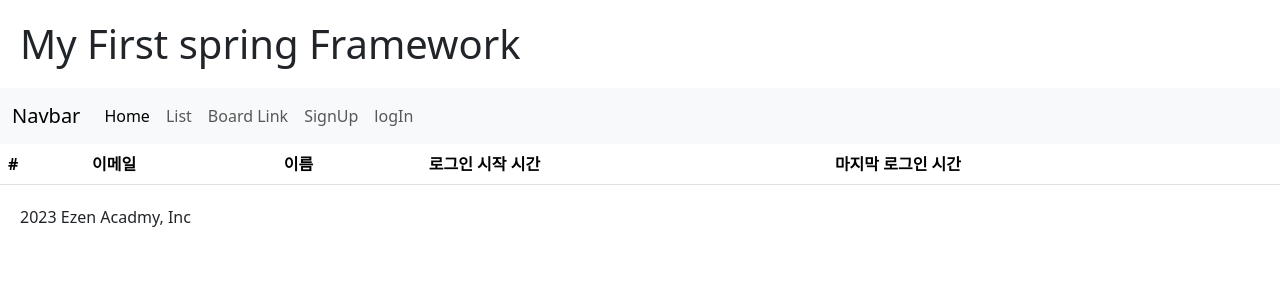
Repository: fbsrb458/link
Page: http://localhost/springProject/WEB-INF/views/member/list.jsp
The author's editor kept a copy of each file at every save. The page is drawn from the files as they stood at one save, then again after the next save.
The browser window is 1280 px wide. The pictures show the whole page.
The page is served by Tomcat 9. Nobody is signed in. The template is opened directly, without the code that normally fills it, so the values that code supplies are empty.

Above is the page before, as saved 2023-10-31 07:57:31.
Console error: TypeError: Cannot read properties of null (reading 'addEventListener')

After the next save:
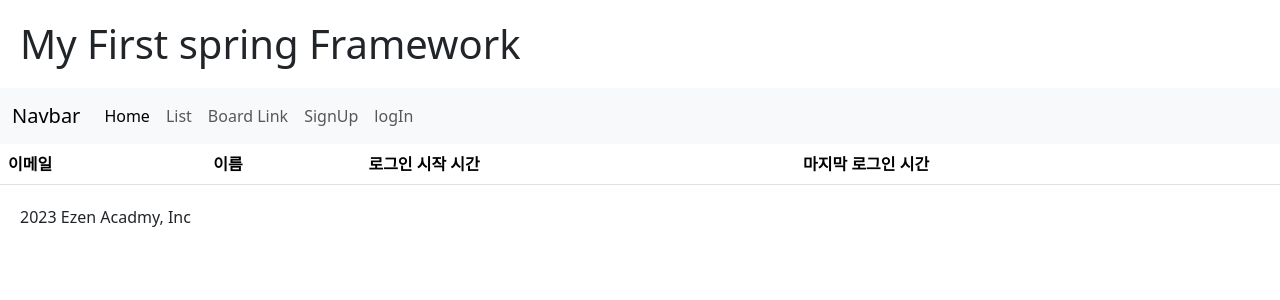
Saved 46 s later.
--- a/springProject/src/main/webapp/WEB-INF/views/member/list.jsp
+++ b/springProject/src/main/webapp/WEB-INF/views/member/list.jsp
@@ -18,11 +18,11 @@
 <table class="table table-hover">
 <thead>
 <tr>
-   <th>#</th>
    <th>이메일</th>
    <th>이름</th>
    <th>로그인 시작 시간</th>
    <th>마지막 로그인 시간</th>
+
 </tr>
 </thead>
 <tbody>
